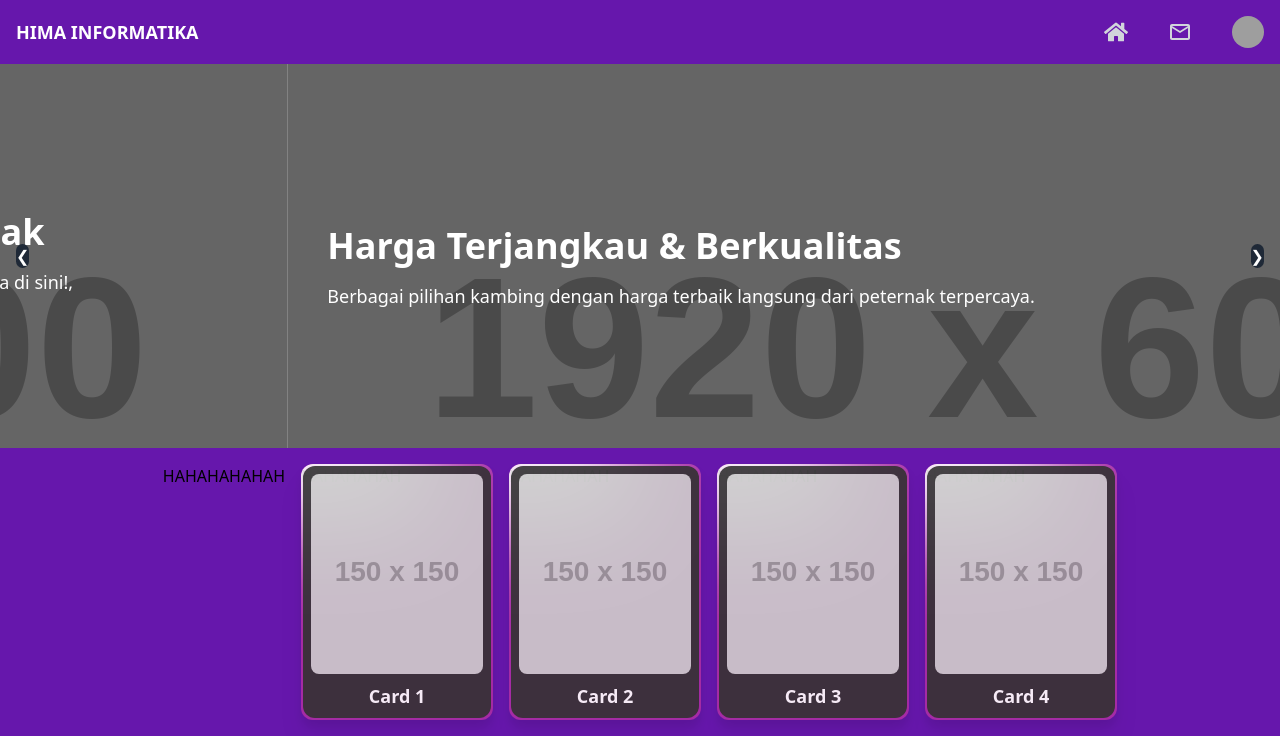
Repository: MUHAMADTEGARWIJAYA/himaif
Page: /
These files come from the project's save history. The page is drawn as it stood at one moment and after the next save; the edit follows.
The browser window is 1280 px wide. The pictures show the whole page.
Pictures or frames that could not be fetched are drawn as grey boxes. The project was rebuilt for these pictures with package versions that can differ from the ones it lists, and the page was loaded fresh each time. Also part of the build but not shown: vite.config.js.

Above is the page before, as saved 2024-12-21 12:59:46.

### src/main.jsx
import React from 'react'
import ReactDOM from "react-dom/client"
import './index.css'
import App from './App.jsx'
import { BrowserRouter } from 'react-router-dom'

ReactDOM.createRoot(document.getElementById('root')).render(
  <React.StrictMode>
    <BrowserRouter>
    <App />
    </BrowserRouter>
  </React.StrictMode>
);

### src/index.css
@tailwind base;
@tailwind components;
@tailwind utilities;

body{
    background-color: #8349d4;
}

### src/App.jsx
import { Routes, Route } from "react-router-dom";
import Slider from "./pages/Content";
import LandingPage from "./layout/LandingPageLay";
import Card from "./pages/Members";

export default function App() {
  return (
    <Routes>
      <Route element={<LandingPage />}>
         <Route path="/" element={<Slider   />}/>
         <Route path="/" element={<Card   />}/>
      </Route>
    </Routes>
  );
}

### src/pages/Content.jsx
import { useState, useEffect } from "react";

const Slider = () => {
  const slides = [
    {
      id: 1,
      image: "https://via.placeholder.com/1920x600", // Ganti dengan URL gambar
      title: "Mudah & Transparan! Kambing Langsung dari Peternak",
      description:
        "Akses langsung ke peternak, harga transparan, dan kualitas terjamin. Pilih kambing untuk kebutuhan Anda hanya di sini!, jdsudvudvbduvbdvbdiobvbvsudvds",
    },
    {
      id: 2,
      image: "https://via.placeholder.com/1920x600", // Ganti dengan URL gambar
      title: "Harga Terjangkau & Berkualitas",
      description:
        "Berbagai pilihan kambing dengan harga terbaik langsung dari peternak terpercaya.",
    },
    {
      id: 3,
      image: "https://via.placeholder.com/1920x600", // Ganti dengan URL gambar
      title: "Pesan Sekarang, Nikmati Kemudahan",
      description:
        "Proses cepat, aman, dan terintegrasi untuk kebutuhan kambing Anda.",
    },
  ];

  const [currentIndex, setCurrentIndex] = useState(0);

  useEffect(() => {
    const interval = setInterval(() => {
      setCurrentIndex((prevIndex) =>
        prevIndex === slides.length - 1 ? 0 : prevIndex + 1
      );
    }, 5000); // Ganti dengan waktu delay (ms)
    return () => clearInterval(interval);
  }, [slides.length]);

  const prevSlide = () => {
    setCurrentIndex(currentIndex === 0 ? slides.length - 1 : currentIndex - 1);
  };

  const nextSlide = () => {
    setCurrentIndex((currentIndex + 1) % slides.length);
  };

  return (
    <div className="relative w-full h-96 overflow-hidden">
      <div
        className="flex transition-transform duration-1000"
        style={{ transform: `translateX(-${currentIndex * 100}%)` }}
      >
        {slides.map((slide) => (
          <div
            key={slide.id}
            className="w-full h-[600px] flex-shrink-0 relative"
            style={{
              backgroundImage: `url(${slide.image})`,
              backgroundSize: "cover",
              backgroundPosition: "center",
            }}
          >
            <div className="absolute inset-0 bg-black bg-opacity-50 flex flex-col justify-center mb-48 items-start p-10 text-white">
              <h1 className="text-4xl font-bold mb-4">{slide.title}</h1>
              <p className="text-lg">{slide.description}</p>
            </div>
          </div>
        ))}
      </div>
      <button
        onClick={prevSlide}
        className="absolute top-1/2 left-4 -translate-y-1/2 bg-gray-800 text-white rounded-full"
      >
        &#10094;
      </button>
      <button
        onClick={nextSlide}
        className="absolute top-1/2 right-4 -translate-y-1/2 bg-gray-800 text-white rounded-full"
      >
        &#10095;
      </button>
    </div>
  );
};

export default Slider;

### src/layout/LandingPageLay.jsx
import Navbar from '../pages/Navbar';

import App from "../pages/Members";
import Slider from "../pages/Content";

const LandigPage = () => {
    return (
        <div className='bg-[#6617ac]'>
            <Navbar />
             <Slider />
             <App />
         </div>
    );
};

export default LandigPage;

### src/pages/Members.jsx
import PropTypes from "prop-types";

const Card = ({ title, image }) => {
  return (

    <div className="relative drop-shadow-xl w-48 h-64 overflow-hidden rounded-xl bg-[#a52ba5] transform transition-transform hover:scale-105 hover:rotate-2">
        <div><h1>HAHAHAHAH</h1></div>
      <div className="absolute inset-0.5 flex flex-col items-center justify-between text-white z-[1] opacity-90 rounded-xl bg-[#323132] p-2">
        <img
          src={image}
          alt={title}
          className="w-full h-52 object-cover rounded-lg"
        />
        <h3 className="text-lg font-semibold mt-2">{title}</h3>
      </div>
      <div className="absolute w-56 h-48 bg-white blur-[50px] -left-1/2 -top-1/2"></div>
    </div>
  );
};

Card.propTypes = {
  title: PropTypes.string.isRequired,
  image: PropTypes.string.isRequired,
};

const App = () => {
  const cards = [
    {
      title: "Card 1",
      image: "https://via.placeholder.com/150",
    },
    {
      title: "Card 2",
      image: "https://via.placeholder.com/150",
    },
    {
      title: "Card 3",
      image: "https://via.placeholder.com/150",
    },
    {
      title: "Card 4",
      image: "https://via.placeholder.com/150",
    },
  ];

  return (

    <div className="flex flex-wrap justify-center gap-4 p-4">
        <div><h1>HAHAHAHAHAH</h1></div>
      {cards.map((card, index) => (
        <Card key={index} title={card.title} image={card.image} />
      ))}
    </div>
  );
};

export default App;

### src/pages/Navbar.jsx
import  { useState, useEffect } from "react";
import { FaHome } from "react-icons/fa";
import { MdOutlineEmail } from "react-icons/md";

const Navbar = () => {
  const [isVisible, setIsVisible] = useState(true);

  useEffect(() => {
    const handleScroll = () => {
      // Check scroll position
      if (window.scrollY > 50) {
        setIsVisible(false); // Hide when scrolled down
      } else {
        setIsVisible(true); // Show when at top
      }
    };

    window.addEventListener("scroll", handleScroll);

    // Cleanup event listener on unmount
    return () => {
      window.removeEventListener("scroll", handleScroll);
    };
  }, []);

  return (
    <div className="relative">
      <div
        className={`flex items-center p-4 bg-transparent justify-between space-x-5 text-white transition-transform duration-300 ${
          isVisible ? "translate-y-0" : "-translate-y-full"
        }`}
      >
        {/* Bagian Kiri */}
        <div className="flex items-center">
          <span className="text-lg font-bold">HIMA INFORMATIKA</span>
        </div>

        {/* Bagian Kanan */}
        <div className="flex items-center relative space-x-10">
          <button className="text-gray-300 hover:text-white">
            <FaHome className="w-6 h-6" />
          </button>
          <button className="text-gray-300 hover:text-white">
            <MdOutlineEmail className="w-6 h-6" />
          </button>
          {/* Avatar */}
          <div className="flex items-center">
            <img
              src="image.jpg" // Gunakan default jika avatar kosong
              alt="User Avatar"
              className="w-8 h-8 rounded-full"
            />
          </div>
        </div>
      </div>
    </div>
  );
};

export default Navbar;

Loaded but not shown: index.html (common file); tailwind.config.js (common file)

After the next save:
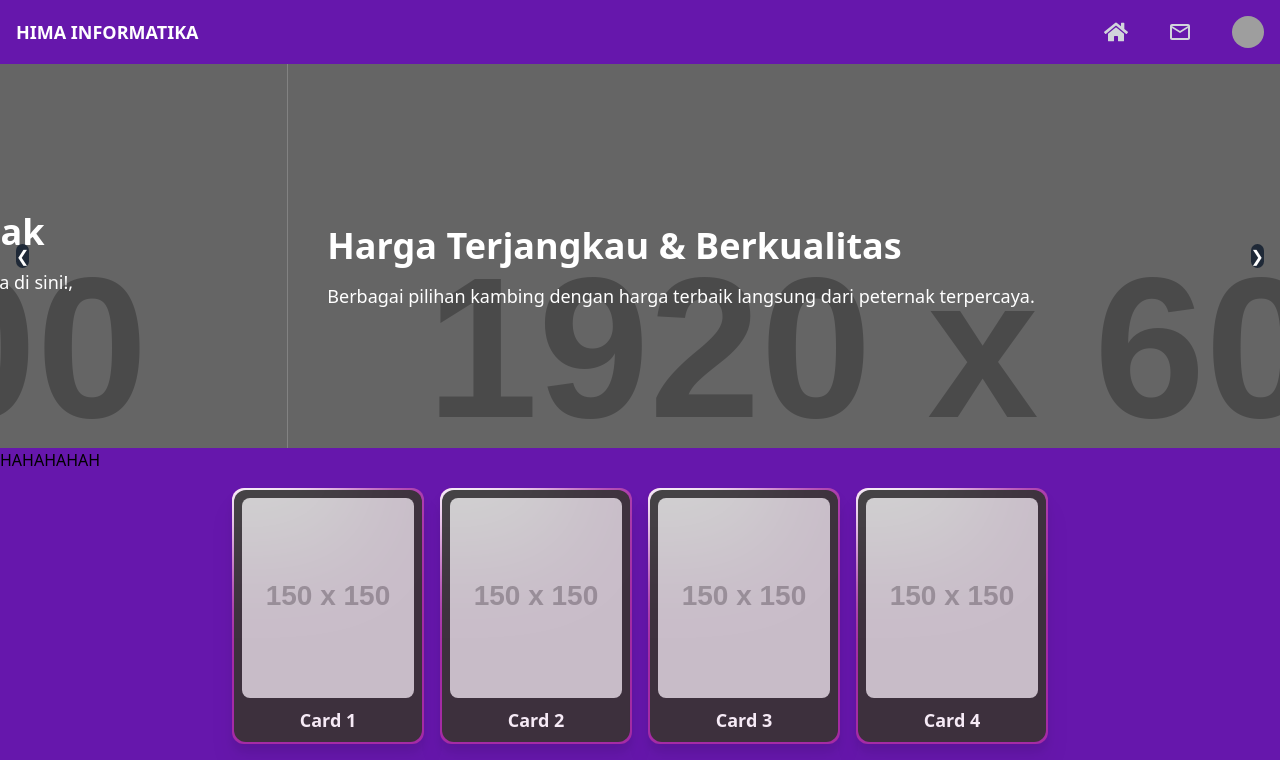
Saved 78 s later.
--- a/src/pages/Members.jsx
+++ b/src/pages/Members.jsx
@@ -4,7 +4,6 @@ const Card = ({ title, image }) => {
   return (
 
     <div className="relative drop-shadow-xl w-48 h-64 overflow-hidden rounded-xl bg-[#a52ba5] transform transition-transform hover:scale-105 hover:rotate-2">
-        <div><h1>HAHAHAHAH</h1></div>
       <div className="absolute inset-0.5 flex flex-col items-center justify-between text-white z-[1] opacity-90 rounded-xl bg-[#323132] p-2">
         <img
           src={image}
@@ -44,12 +43,14 @@ const App = () => {
   ];
 
   return (
+    <div>
+        <h1>HAHAHAHAH</h1>
+    <div className="flex flex-wrap justify-center gap-4 p-4">
 
-    <div className="flex flex-wrap justify-center gap-4 p-4">
-        <div><h1>HAHAHAHAHAH</h1></div>
       {cards.map((card, index) => (
         <Card key={index} title={card.title} image={card.image} />
       ))}
+    </div>
     </div>
   );
 };
